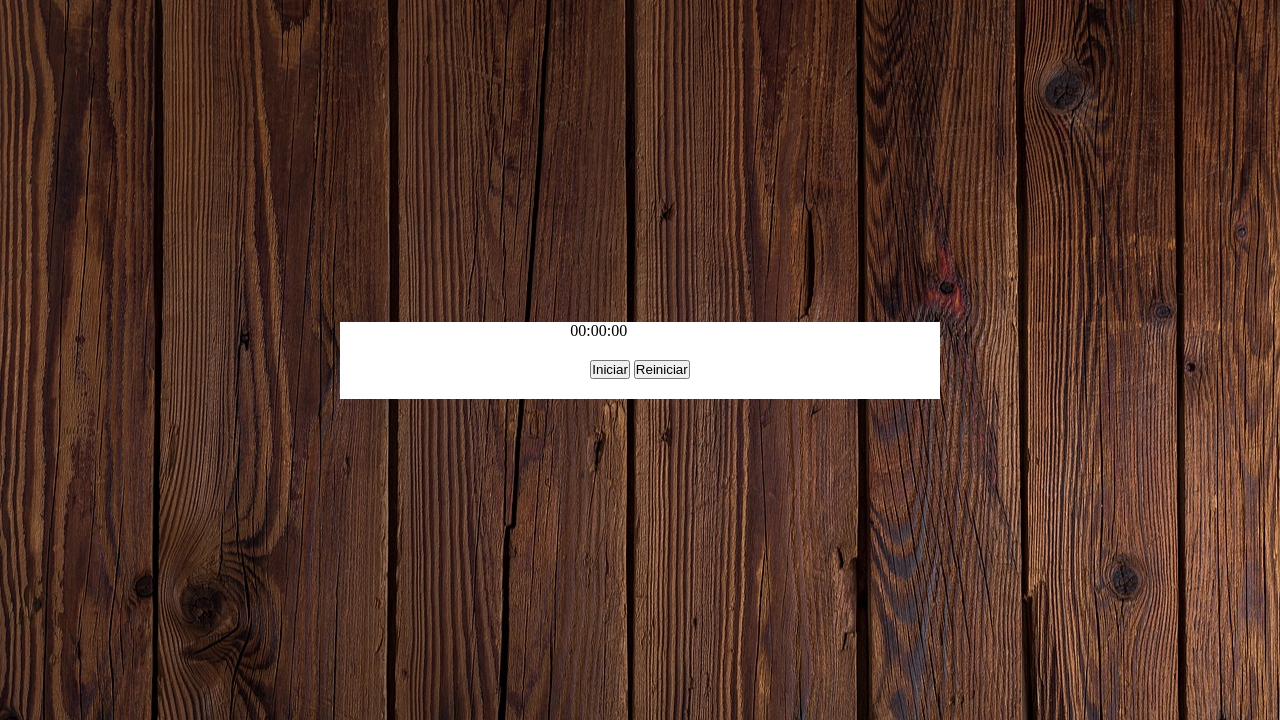
Repository: JoyMoGas/javascript-learn
Page: cronometro/index.html
An editor plug-in stored every save of this project. The page is shown before and after the next save, followed by the edit.
The browser window is 1280 px wide. The pictures show the whole page.

Above is the page before, as saved 2024-05-13 17:58:28.

After the next save:
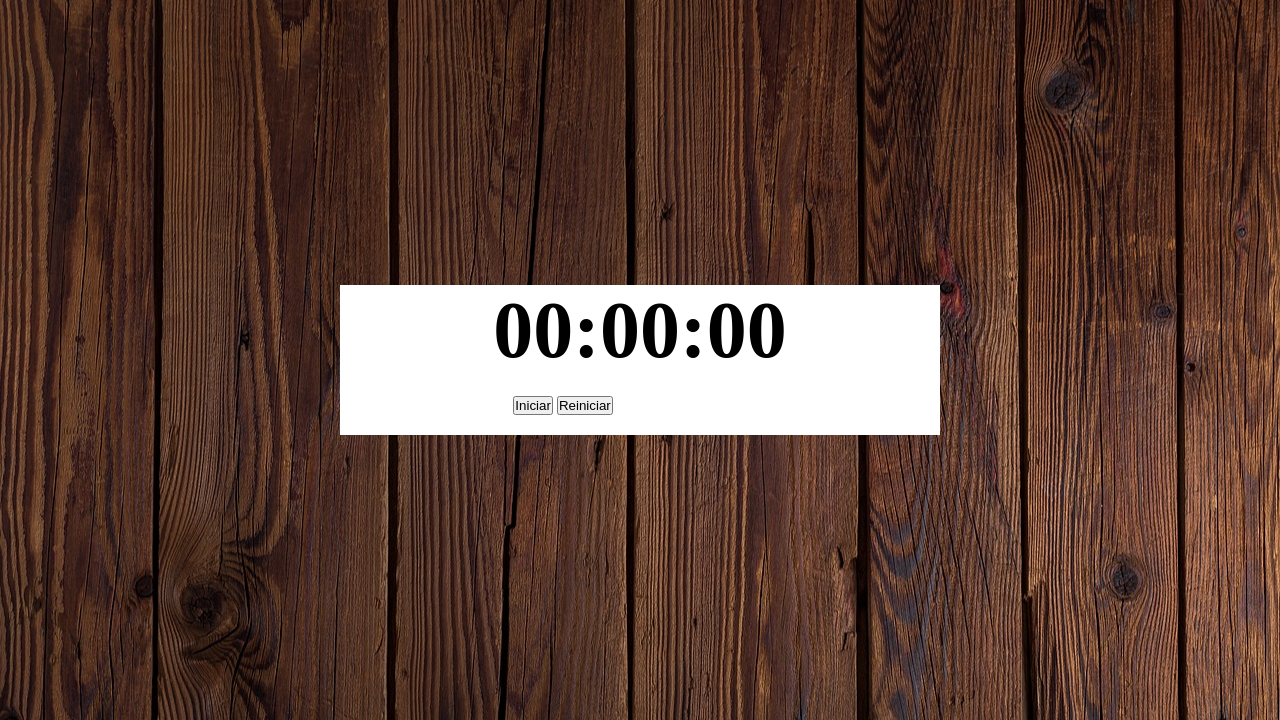
Saved 2 min 53 s later.
--- a/cronometro/styles.css
+++ b/cronometro/styles.css
@@ -28,3 +28,11 @@ body {
 .contenedor-botones {
   padding: 20px;
 }
+
+/* Cronometro */
+#cronometro {
+  width: 100%;
+  font-size: 80px;
+  font-weight: bold;
+  user-select: none;
+}
